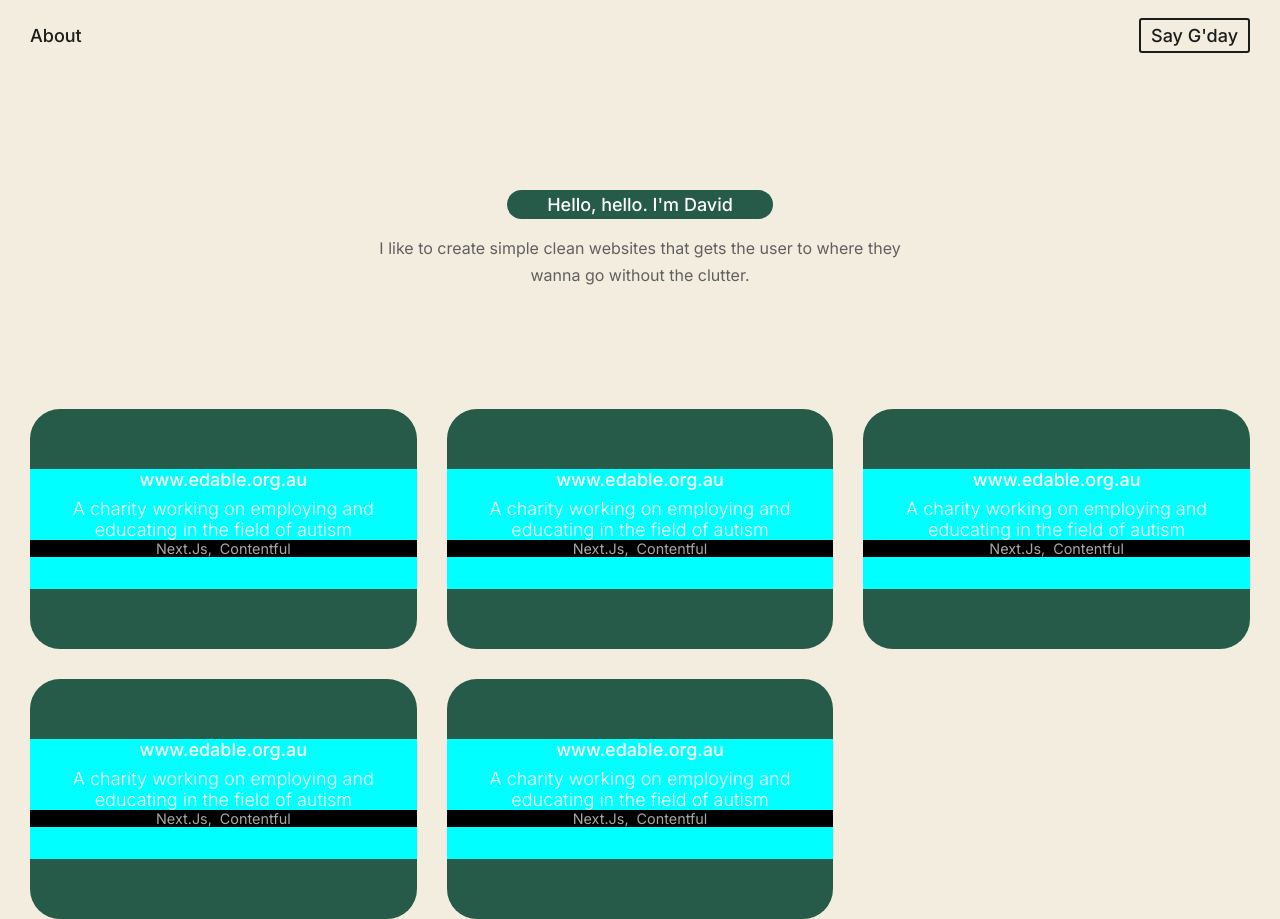
Repository: David-Waite/David-Waite-Portfolio
Page: /
These files come from the project's save history. The page is drawn as it stood at one moment and after a run of saves; the edit follows.
The browser window is 1280 px wide. The pictures show the whole page.
The project was rebuilt for these pictures with package versions that can differ from the ones it lists, and the page was loaded fresh each time. The framework's server and built-in components were replaced by stand-ins that run in the browser. Also part of the build but not shown: next.config.js.

Above is the page before, as saved 2023-07-26 13:15:59.

### app/layout.tsx
import "./globals.css";
import type { Metadata } from "next";
import { Inter } from "next/font/google";
import Link from "next/link";
import NavBar from "./components/Nav/NavBar/NavBar";

const inter = Inter({ subsets: ["latin"] });

export const metadata: Metadata = {
  title: "Create Next App",
  description: "Generated by create next app",
};

export default function RootLayout({
  children,
}: {
  children: React.ReactNode;
}) {
  return (
    <html lang="en">
      <body className={inter.className}>
        <NavBar />
        {children}
      </body>
    </html>
  );
}

### app/page.tsx
import Projects from "./components/Nav/Home/Projects/Projects";
import styles from "./page.module.css";
import Image from "next/image";
export default function Home() {
  return (
    <main className={styles.main}>
      <div className={styles.headingContainer}>
        <h1>Hello, hello. I&apos;m David</h1>
        <p>
          I like to create simple clean websites that gets the user to where
          they wanna go without the clutter.
        </p>
      </div>
      <Projects />
    </main>
  );
}

### app/globals.css
:root {
  --primary: #255b48;
  --black: #191d1b;
  --background: #f3eddf;
  --white: #ffffff;
  --grey: #606060;
}

.paragraph {
  font-size: 18px;
  font-style: normal;
  font-weight: 400;
  line-height: 25.2px;
  color: var(--black);
}

body {
  background-color: var(--background);
}

* {
  padding: 0;
  margin: 0;
  box-sizing: border-box;
}

### app/components/Nav/NavBar/NavBar.tsx
"use client";
import NavButton from "../NavButton/NavButton";
import styles from "./navBar.module.css";
import { usePathname } from "next/navigation";

import Link from "next/link";

export default function NavBar() {
  const currentRoute = usePathname();

  return (
    <nav className={styles.container}>
      <Link href={`./${currentRoute === "/" ? "about" : "/"}`}>
        {currentRoute === "/" ? "About" : "Home"}
      </Link>

      {currentRoute !== "/contact" && <NavButton />}
    </nav>
  );
}

### app/components/Nav/Home/Projects/Projects.tsx
"use client";

import Image from "next/image";
import styles from "./projects.module.css";

export default function About() {
  const projects: any = [
    {
      image: "/Edable.jpg",
      imageAlt: "Edable Home",
      link: "www.edable.org.au",
      description:
        "A charity working on employing and educating in the field of autism",
      madeWith: ["Next.Js", "Contentful"],
    },
    {
      image: "/Edable.jpg",
      imageAlt: "Edable Home",
      link: "www.edable.org.au",
      description:
        "A charity working on employing and educating in the field of autism",
      madeWith: ["Next.Js", "Contentful"],
    },

    {
      image: "/Edable.jpg",
      imageAlt: "Edable Home",
      link: "www.edable.org.au",
      description:
        "A charity working on employing and educating in the field of autism",
      madeWith: ["Next.Js", "Contentful"],
    },
    {
      image: "/Edable.jpg",
      imageAlt: "Edable Home",
      link: "www.edable.org.au",
      description:
        "A charity working on employing and educating in the field of autism",
      madeWith: ["Next.Js", "Contentful"],
    },
    {
      image: "/Edable.jpg",
      imageAlt: "Edable Home",
      link: "www.edable.org.au",
      description:
        "A charity working on employing and educating in the field of autism",
      madeWith: ["Next.Js", "Contentful"],
    },
  ];

  const projectCardsElement: any = projects.map((item: any) => {
    return (
      <a
        key={item.title}
        href={`https://${item.link}`}
        target="_blank"
        style={{ textDecoration: "none" }}
      >
        <div className={styles.projectsCard}>
          <div className={styles.projectContainer}>
            <Image
              className={styles.projectImages}
              src={item.image}
              alt={item.imageAlt}
              fill={true}
            />

            <div className={styles.projectInfo}>
              <div></div>
              <div>
                <h2>{item.link}</h2>
                <p>{item.description}</p>
              </div>

              <ul className={styles.madeWith}>
                {item.madeWith.map((madewith: any) => (
                  <li key={item.title}>
                    {`${madewith}${
                      madewith === item.madeWith[item.madeWith.length - 1]
                        ? ""
                        : ","
                    }`}
                  </li>
                ))}
              </ul>
            </div>
          </div>
        </div>
      </a>
    );
  });
  return <div className={styles.projectsGrid}>{projectCardsElement}</div>;
}
// import styles from "./projects.module.css";
// import Image from "next/image";
// export default function Projects() {
//   return (
//     <main className={styles.main}>
//       <div className={styles.projects}>
//         <div className={styles.projectContainer}>
//           <div className={styles.imageContainer}>
//             <Image
//               src="/Edable.jpg"
//               fill={true}
//               alt="Edable homePage"
//               objectFit="contain"
//             />
//             <div className={styles.text}>
//               <h2>https://www.edable.org.au/</h2>
//               <p>
//                 A charity working on employing and educating in the field of
//                 autism
//               </p>
//             </div>
//           </div>
//         </div>
//         <div className={styles.projectContainer}></div>
//         <div className={styles.projectContainer}></div>
//         <div className={styles.projectContainer}></div>
//         <div className={styles.projectContainer}></div>
//       </div>
//     </main>
//   );
// }

### app/page.module.css
.main {
  margin: 0 30px;
}
.headingContainer {
  display: flex;
  flex-direction: column;
  align-items: center;
  margin: 120px 0px;
}

.headingContainer h1 {
  background-color: var(--primary);
  color: var(--white);
  font-size: 18px;
  font-weight: 500;
  padding: 4px 40px;
  border-radius: 20px;
  margin-bottom: 16px;
}

.headingContainer p {
  color: var(--grey);
  max-width: 550px;
  text-align: center;
  line-height: 27px;
}

### app/components/Nav/NavButton/NavButton.tsx
import styles from "./navButton.module.css";

import Link from "next/link";

export default function NavButton() {
  return (
    <Link className={styles.container} href={"./contact"}>
      Say G&apos;day
    </Link>
  );
}

### app/components/Nav/NavBar/navBar.module.css
.container {
  display: flex;
  align-items: center;
  justify-content: space-between;
  height: 70px;
  padding: 0 30px;
}

.container a {
  color: var(--black);
  cursor: pointer;
  text-decoration: none;
  font-size: 18px;
  font-weight: 500;
}

### app/components/Nav/Home/Projects/projects.module.css
.projectsGrid {
  display: grid;
  grid-template-columns: 1fr 1fr 1fr;
  gap: 30px;
}

.projectsCard {
  background-color: var(--primary);
  height: calc((100vw / 3) / 16 * 9);
  border-radius: 30px;
  display: flex;
  align-items: center;
  justify-content: center;
}

.projectContainer {
  position: relative;

  height: calc(100% - 120px);

  width: calc(100%);
  border-radius: 3px;
}
.projectImages {
  object-fit: contain;
  opacity: 0;
}
.projectInfo {
  background-color: aqua;

  height: 100%;
  opacity: 1;
  position: absolute;
}

.projectsCard h2 {
  margin-top: auto;
  text-align: center;
  color: var(--white);
  font-size: 18px;
  font-weight: 500;
}

.projectsCard p {
  font-size: 18px;
  text-align: center;
  margin: 8px 30px 0 30px;
  color: var(--white);
  font-weight: 300;
  margin-bottom: auto;
}

.madeWith {
  list-style: none;
  display: flex;
  justify-content: center;

  gap: 8px;
  color: #a7a7a7;
  font-size: 14.4px;
  background-color: black;
}

### app/components/Nav/NavButton/navButton.module.css
.container {
  border: 2px solid var(--black);
  color: var(--black);
  font-weight: 500;
  border-radius: 3px;
  padding: 5px 10px;
  transition: 0.3s;
}

.container:hover {
  background-color: var(--primary);
  color: var(--white);
}

After the next 3 saves:
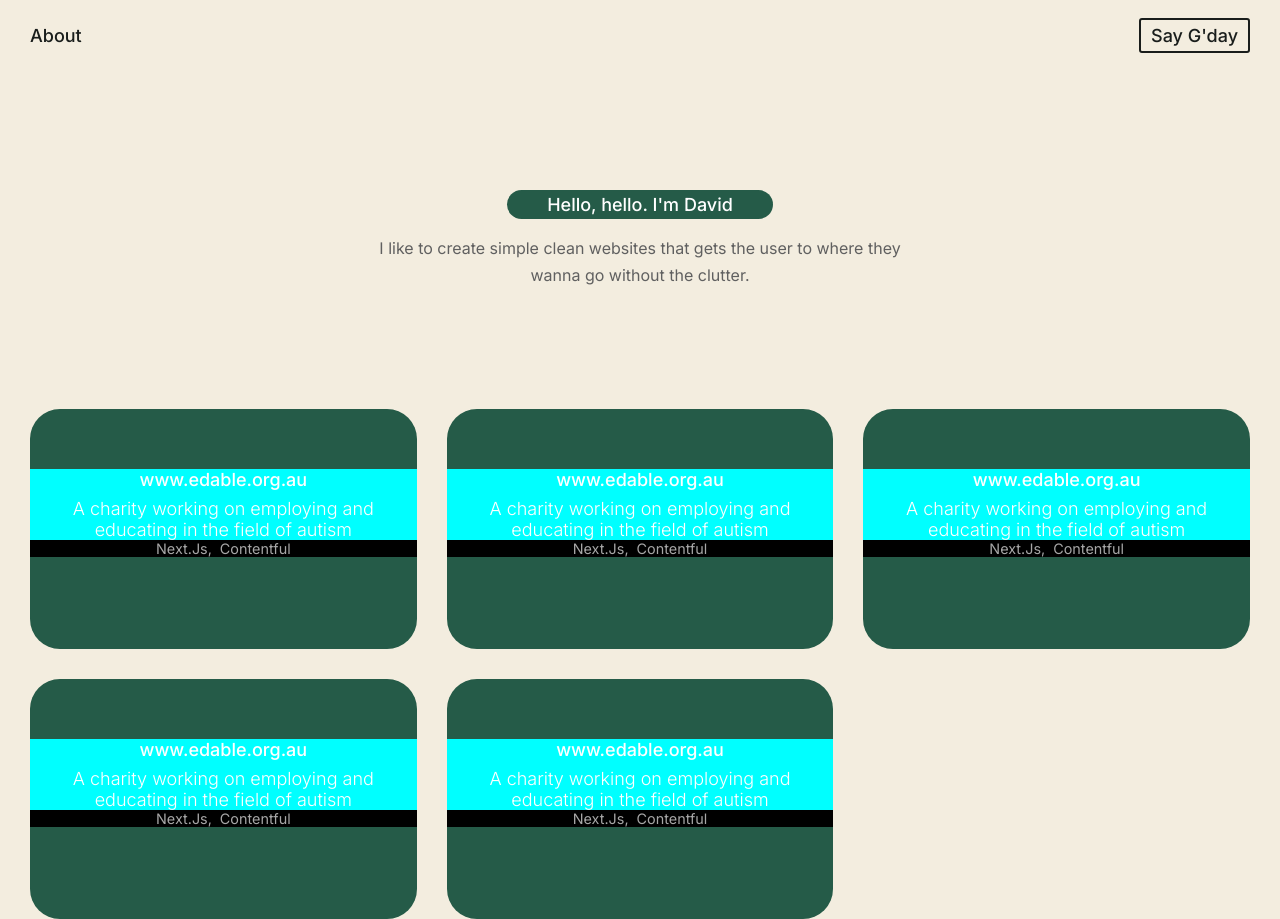
The 3 saves are shown as one change because they came seconds apart.
The last was saved 20 s later.
--- a/app/components/Nav/Home/Projects/projects.module.css
+++ b/app/components/Nav/Home/Projects/projects.module.css
@@ -28,8 +28,6 @@
 .projectInfo {
   background-color: aqua;
 
-  height: 100%;
-  opacity: 1;
   position: absolute;
 }
 
